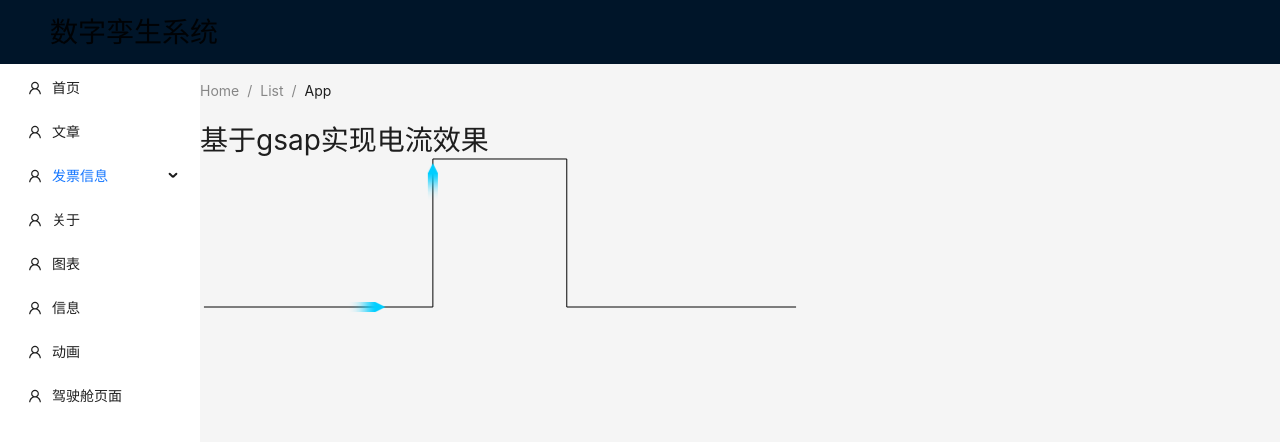
Repository: HailiePan/webpack-react-practice
Page: /animation
An editor plug-in stored every save of this project. The page is shown before and after the next save, followed by the edit.
The browser window is 1280 px wide. The pictures show the whole page.
The project was rebuilt for these pictures with package versions that can differ from the ones it lists, and the page was loaded fresh each time. Also part of the build but not shown: src/pages/Animation/component/ScrollAnimation/index.jsx, src/pages/Home.jsx, src/pages/Invoices/index.jsx, src/pages/Invoices/Invoice.jsx, src/pages/Invoices/Pending.jsx, src/pages/Invoices/Complete.jsx, src/components/CommonBox/index.less, src/components/CommonBox/index.jsx and 27 more.

Above is the page before, as saved 2024-01-24 16:47:46.

After the next save:
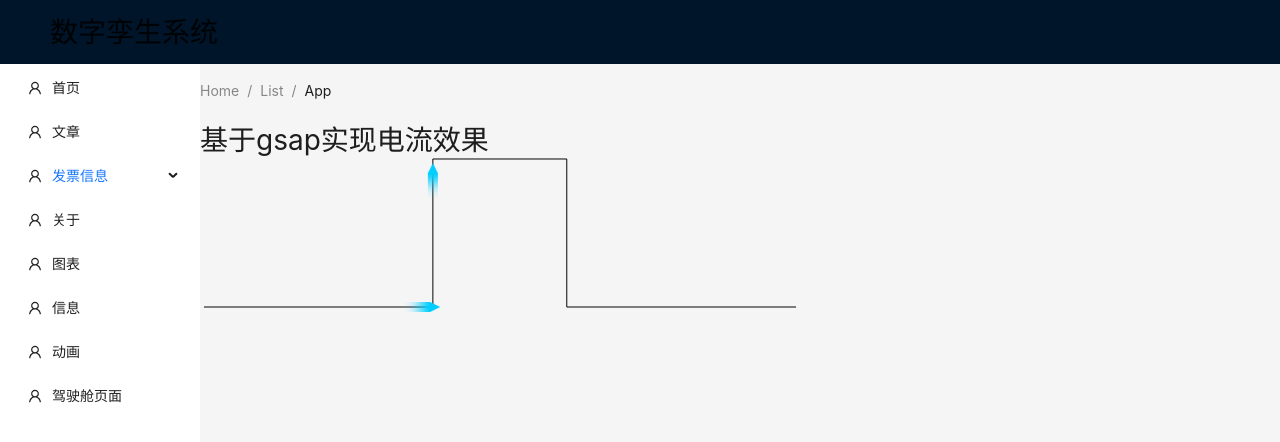
Saved 19 s later.
--- a/src/pages/Animation/component/ImitateElectricity/index.jsx
+++ b/src/pages/Animation/component/ImitateElectricity/index.jsx
@@ -38,7 +38,7 @@ export default function ImitateElectricity() {
     });
 
     tl.to([jiantou2.current], {
-      duration: 2,
+      duration: 1.5,
       ease: 'none',
       immediateRender: true,
       // repeat: -1, // 重复
